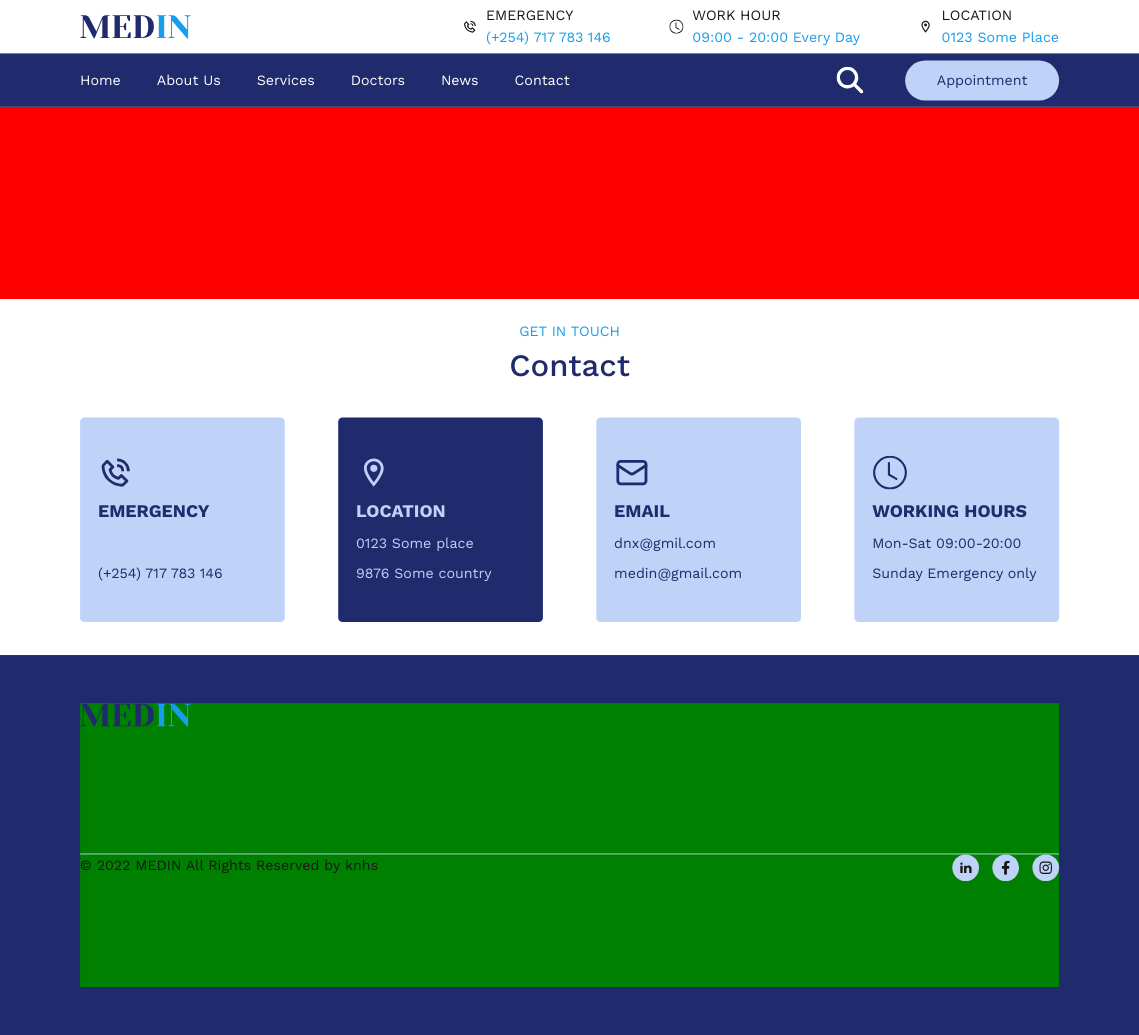
Repository: SynHK3/Poc_Hospital
Page: /appointment (app in fe_hospital/)
An editor plug-in stored every save of this project. The page is shown before and after a run of saves, followed by the edit.
The browser window is 1280 px wide. The pictures show the whole page, at 89% of full size.
The project was rebuilt for these pictures with package versions that can differ from the ones it lists, and the page was loaded fresh each time. The framework's server and built-in components were replaced by stand-ins that run in the browser. Also part of the build but not shown: fe_hospital/next.config.ts.

Above is the page before, as saved 2025-09-02 16:33:53.

After the next 2 saves:
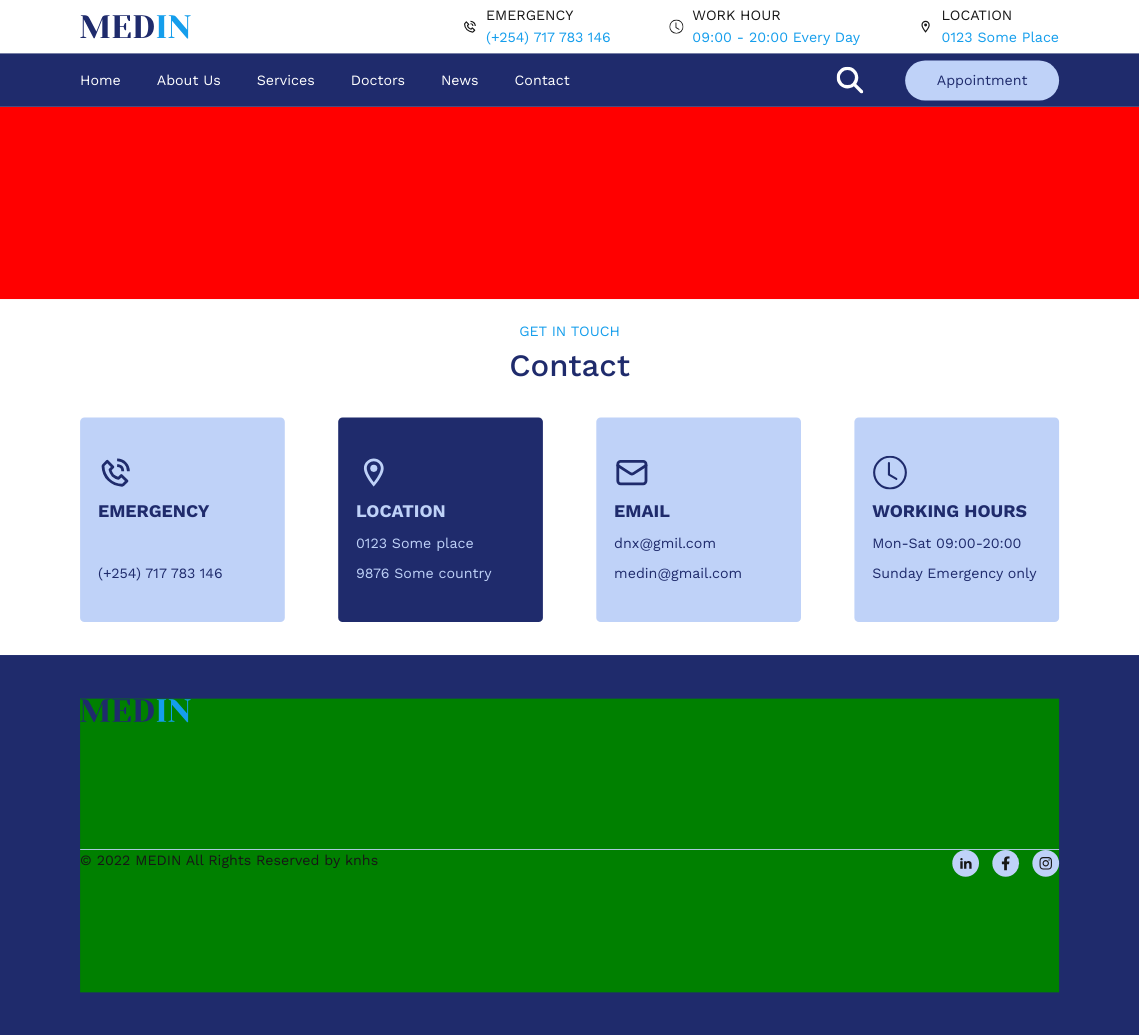
The 2 saves are shown as one change because they came seconds apart.
The last was saved 54 s later.
--- a/fe_hospital/src/components/footer/footer.css
+++ b/fe_hospital/src/components/footer/footer.css
@@ -9,7 +9,7 @@
 
 .container__layout--footer {
   width: 1100px;
-  height: 319px;
+  height: 330px;
   background-color: green;
 }
 
